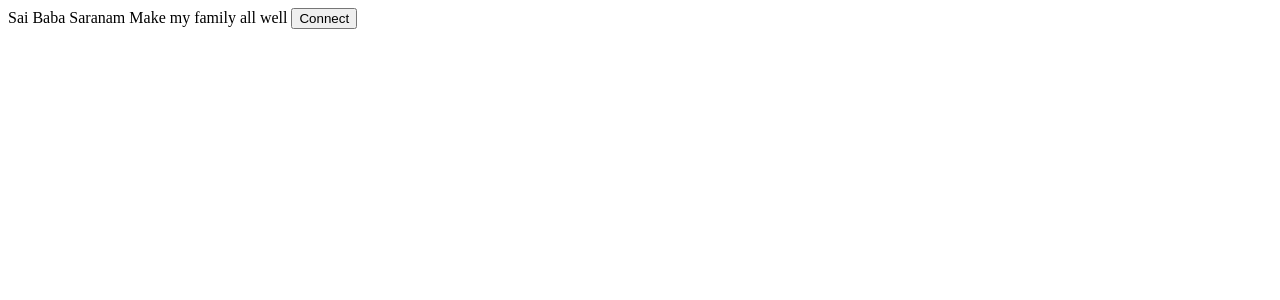
Repository: Sugunaramkumar/Fund-Me-App---FCC
Page: index.html
An editor plug-in stored every save of this project. The page is shown before and after the next save, followed by the edit.
The browser window is 1280 px wide. The pictures show the whole page.
After loading, the first visible `#connectButton` was clicked once.

Above is the page before, as saved 2022-07-21 16:08:06.
Console error: TypeError: Cannot set properties of null (setting 'innerHTML')

### index.html
<!DOCTYPE html>
<html lang="en">
<head>

    <title>Fund Me App</title>
</head>
<body>
    Sai Baba Saranam
    Make my family all well
    <script>
        async function connect() {
            if (typeof window.ethereum !== "undefined"){
                await window.ethereum.request({method: "eth_requestAccounts"})
                document.getElementById("connectedButton").innerHTML = "Connected!"
            }else {
                document.getElementById("connectedButton").innerHTML = "Please install metamask!"
            }
    }
    </script>
    <button id="connectButton" onclick="connect()"> Connect </button>
</body>
</html>

After the next save:
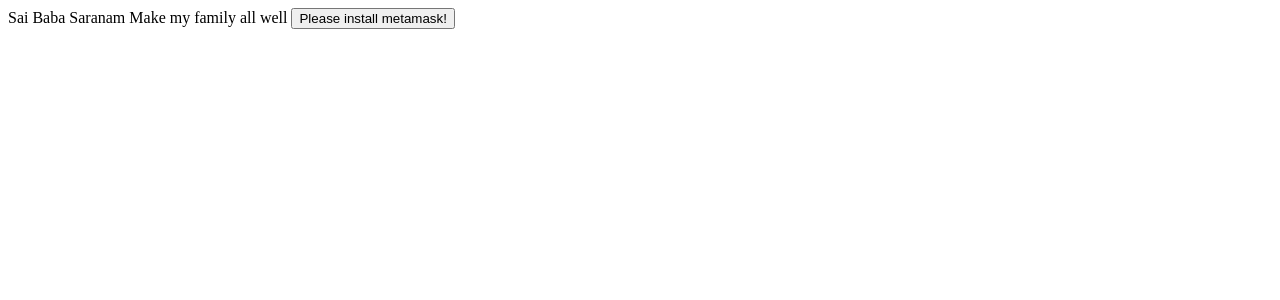
The error is gone.
Saved 28 s later.
--- a/index.html
+++ b/index.html
@@ -11,9 +11,9 @@
         async function connect() {
             if (typeof window.ethereum !== "undefined"){
                 await window.ethereum.request({method: "eth_requestAccounts"})
-                document.getElementById("connectedButton").innerHTML = "Connected!"
+                document.getElementById("connectButton").innerHTML = "Connected!"
             }else {
-                document.getElementById("connectedButton").innerHTML = "Please install metamask!"
+                document.getElementById("connectButton").innerHTML = "Please install metamask!"
             }
     }
     </script>
